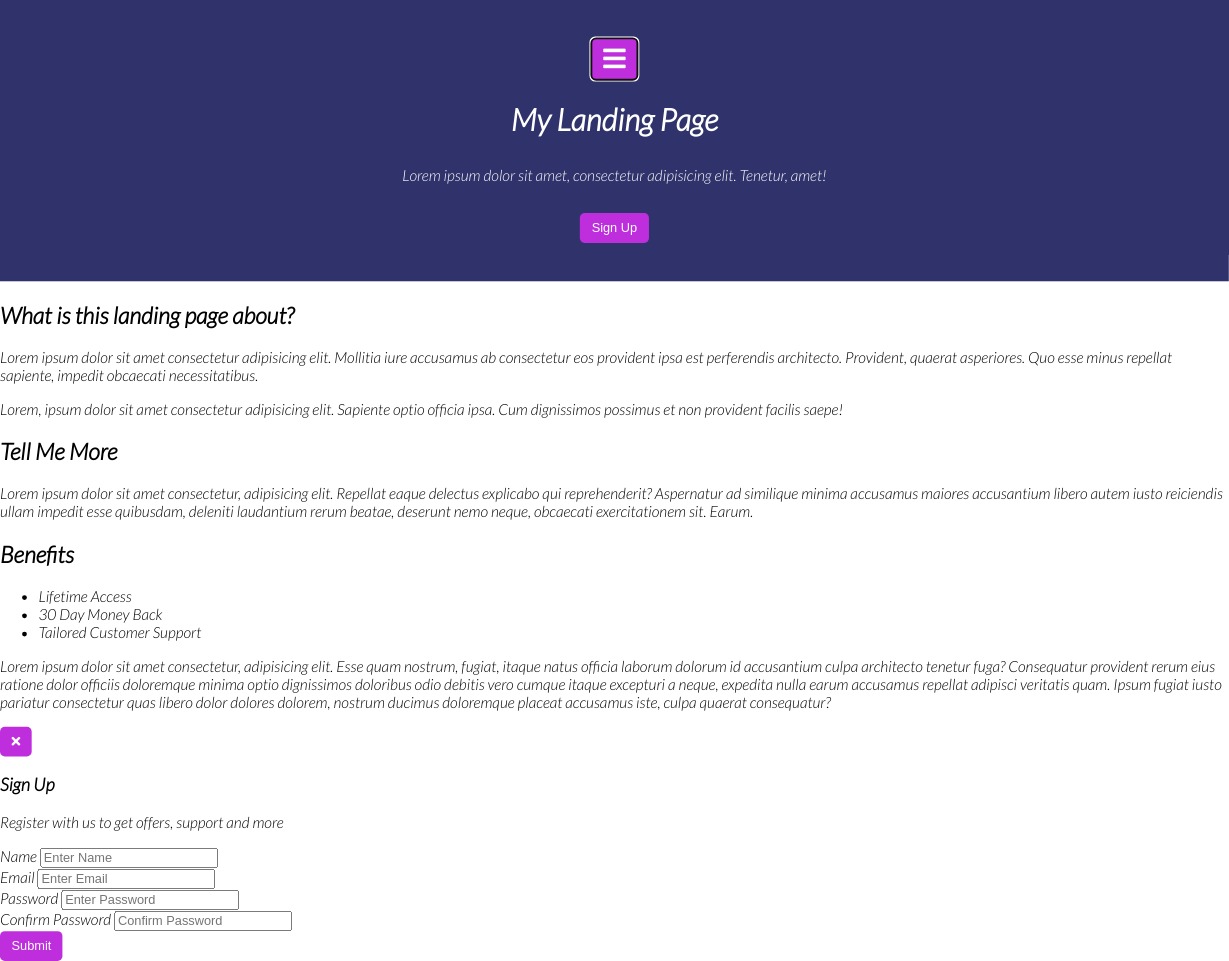
Repository: CAMPSLOPY/MenuSliderWithLandingPage
Page: index.html
An editor plug-in stored every save of this project. The page is shown before and after the next save, followed by the edit.
The browser window is 1280 px wide. The pictures show the whole page, at 96% of full size.
The first visible `button` has the focus.
Some web libraries are served in a nearby version.

Above is the page before, as saved 2021-01-21 14:48:58.

After the next save:
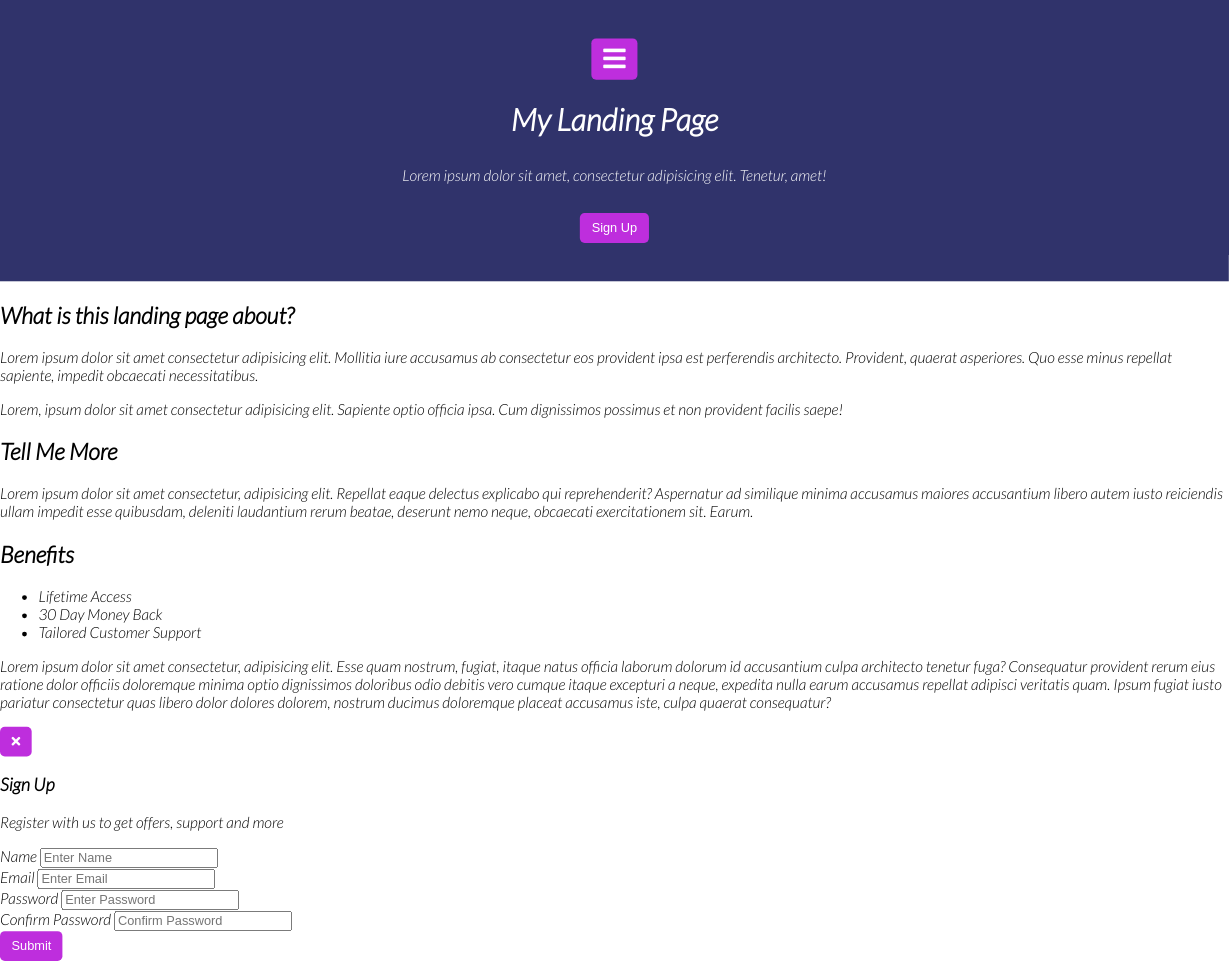
Saved 14 s later.
--- a/styles.css
+++ b/styles.css
@@ -83,3 +83,6 @@
   color: #fff;
   cursor: pointer;
 }
+button:focus{
+    outline: none;
+}
